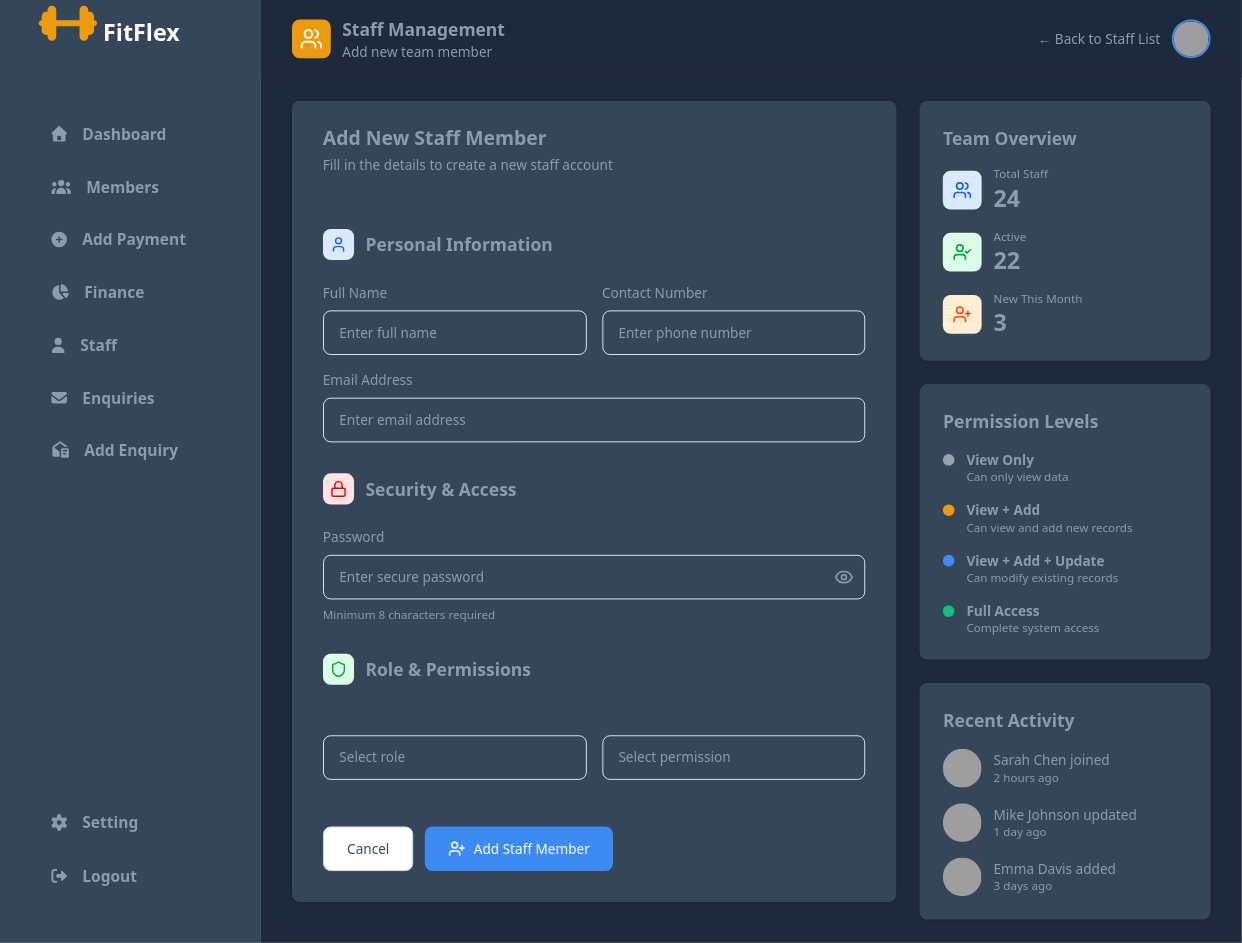
Repository: MuhammadTalhaTaj/gym_management_app_backend
Page: /addstaff (app in frontend/)
The author's editor kept a copy of each file at every save. The page is drawn from the files as they stood at one save, then again after a run of saves.
The browser window is 1280 px wide. The pictures show the whole page, at 97% of full size.
Pictures or frames that could not be fetched are drawn as grey boxes. The project was rebuilt for these pictures with package versions that can differ from the ones it lists, and the page was loaded fresh each time. Also part of the build but not shown: frontend/vite.config.ts, frontend/src/assets/styles/AdminHeader.css, frontend/src/Components/AdminHeader.tsx, frontend/src/assets/styles/AdminDashboard.css, frontend/src/hooks/useDashboardData.ts, frontend/src/assets/styles/AdminDashboardStats.css, frontend/src/Components/AdminDashboardStats.tsx, frontend/src/Components/IncomeExpenseChart.tsx and 31 more.

Above is the page before, as saved 2025-11-21 10:48:52.

### frontend/index.html
<!doctype html>
<html lang="en">

<head>
  <meta charset="UTF-8" />
  <link rel="icon" type="image/svg+xml" href="/vite.svg" />
  <meta name="viewport" content="width=device-width, initial-scale=1.0" />
  <title>GymManagement</title>
  <link rel="preconnect" href="https://fonts.googleapis.com" />
  <link rel="preconnect" href="https://fonts.gstatic.com" crossorigin />
  <link rel="stylesheet" href="https://fonts.googleapis.com/css2?family=Roboto:wght@300;400;500;700&display=swap" />

</head>

<body>
  <div id="root"></div>
  <script type="module" src="/src/main.tsx"></script>
</body>

</html>

### frontend/src/index.css
@import "tailwindcss";
:root{
  padding: 0;
  margin: 0;
  box-sizing: border-box;
  --primary-100:#364659;
  --primary-200:#1E293B;
  --primary-300:#8C9BB0;
  --secondary-100: #EC9A0E;
  --secondary-200:#595446;
  --tertiary-100: #F24949;
  --tertiary-100-30: #584252;
  --tertiary-200: #F47117;
  --tertiary-200-30: #5A4B48;
  --tertiary-300: #11BF7F;
  --tertiary-300-30: #2B595E;
  --tertiary-400: #3D8BF2;
  --tertiary-400-30: #344E75;
  --tertiary-500: #94A3B8;
  --tertiary-600: #1E293B;
}
body{
  padding: 0;
  margin: 0;
}
.adminMain{
  display: flex;
  margin: 0;
  justify-content: space-between;
  padding: 0;
  /* border: 2px solid blue; */
}
@media all and (max-width:700px) {
  .adminMain{
    flex-direction: column;
  }
}

### frontend/src/Components/ProtectedRoute.tsx
import React, { useEffect, useState } from "react";
// import { Navigate } from "react-router-dom";
import { apiRequest } from "../config/api";

type Props = {
  children: React.ReactNode;
};

const getStoredToken = (): string | null => {
  return localStorage.getItem("accessToken") || sessionStorage.getItem("accessToken");
};

export default function ProtectedRoute({ children }: Props) {
  const [status, setStatus] = useState<"pending" | "ok" | "unauth">("pending");

  useEffect(() => {
    let mounted = true;

    const token = getStoredToken();
    if (!token) {
      // no token -> immediately unauth
      if (mounted) setStatus("unauth");
      return;
    }

    const validate = async () => {
      try {
        // call backend authenticate endpoint
        const res = await apiRequest<{ success?: boolean; message?: string; userId?: string }>({
          method: "GET",
          endpoint: "/auth/authenticate"
        });

        // backend returns success:true on valid token
        if (mounted && res && (res as any).success === true) {
          setStatus("ok");
        } else {
          // treat missing success flag as unauth
          if (mounted) setStatus("unauth");
        }
      } catch (err) {
        // any error -> unauth
        if (mounted) setStatus("unauth");
      }
    };

    validate();

    return () => { mounted = false; };
  }, []);

  if (status === "pending") {
    // while checking, render nothing (keep UI/layout unchanged)
    return null;
  }

  if (status === "unauth") {
    // clear tokens to ensure clean state, then redirect
    try {
      localStorage.removeItem("accessToken");
      sessionStorage.removeItem("accessToken");
    } catch (e) {
      // ignore
    }
    // return <Navigate to="/login" replace />;
  }

  // auth ok
  return <>{children}</>;
}

### frontend/src/context/AuthContext.tsx
// src/context/AuthContext.tsx (example)
import React, { createContext, useEffect } from "react";
import { onAuthFailure,
  // setAccessToken as storeAccessToken,
   clearTokens } from "../config/auth";
import { useNavigate } from "react-router-dom";

export const AuthContext = createContext<any>(null);

export const AuthProvider: React.FC<{children:any}> = ({ children }) => {
  const navigate = useNavigate();

  useEffect(() => {
    onAuthFailure(() => {
      // clear local tokens and redirect to login
      clearTokens();
      navigate("/login");
    });
  }, [navigate]);

  return <AuthContext.Provider value={{}}>{children}</AuthContext.Provider>;
};

### frontend/src/pages/Admin/AddStaff.tsx
import React, { useState } from 'react';
import { Eye, EyeOff, Users, UserCheck, UserPlus, Shield, User, Lock } from 'lucide-react';

// Data file - export this to a separate file in your project (e.g., staffData.js)
export const staffData = {
  teamOverview: {
    totalStaff: 24,
    activeStaff: 22,
    newThisMonth: 3
  },
  permissionLevels: [
    {
      id: 'view-only',
      name: 'View Only',
      description: 'Can only view data',
      color: 'bg-gray-400'
    },
    {
      id: 'view-add',
      name: 'View + Add',
      description: 'Can view and add new records',
      color: 'bg-[var(--secondary-100)]'
    },
    {
      id: 'view-add-update',
      name: 'View + Add + Update',
      description: 'Can modify existing records',
      color: 'bg-[var(--tertiary-400)]'
    },
    {
      id: 'full-access',
      name: 'Full Access',
      description: 'Complete system access',
      color: 'bg-[var(--tertiary-300)]'
    }
  ],
  recentActivity: [
    {
      id: 1,
      name: 'Sarah Chen',
      action: 'joined',
      time: '2 hours ago',
      avatar: 'https://i.pravatar.cc/150?img=1'
    },
    {
      id: 2,
      name: 'Mike Johnson',
      action: 'updated',
      time: '1 day ago',
      avatar: 'https://i.pravatar.cc/150?img=2'
    },
    {
      id: 3,
      name: 'Emma Davis',
      action: 'added',
      time: '3 days ago',
      avatar: 'https://i.pravatar.cc/150?img=3'
    }
  ],
  jobRoles: [
    'Select role',
    'Administrator',
    'Manager',
    'Developer',
    'Designer',
    'Analyst',
    'Support Staff'
  ],
  permissions: [
    'Select permission',
    'View Only',
    'View + Add',
    'View + Add + Update',
    'Full Access'
  ]
};

// Reusable Components
const Card = ({ children, className = '' }) => (
  <div className={`bg-[var(--primary-100)] rounded-lg shadow-sm ${className}`}>
    {children}
  </div>
);

const Input = ({ label, placeholder, type = 'text', value, onChange, showPasswordToggle, onTogglePassword, showPassword, helperText }) => (
  <div className="flex flex-col gap-2 ">
    {label && (
      <label className="text-sm font-medium text-[var(--primary-300)]">
        {label}
      </label>
    )}
    <div className="relative">
      <input
        type={type}
        placeholder={placeholder}
        value={value}
        onChange={onChange}
        className="w-full px-4 py-3 bg-[var(--primary-100)] border border-gray-200 rounded-lg text-sm text-[var(--primary-300)] placeholder-[var(--primary-300)] focus:outline-none focus:ring-2 focus:ring-[var(--tertiary-400)] focus:border-transparent transition-all"
      />
      {showPasswordToggle && (
        <button
          type="button"
          onClick={onTogglePassword}
          className="absolute right-3 top-1/2 -translate-y-1/2 text-[var(--primary-300)] hover:text-[var(--primary-100)] transition-colors"
        >
          {showPassword ? <EyeOff size={20} /> : <Eye size={20} />}
        </button>
      )}
    </div>
    {helperText && (
      <span className="text-xs text-[var(--primary-300)]">{helperText}</span>
    )}
  </div>
);

const Select = ({ label, options, value, onChange }) => (
  <div className="flex flex-col gap-2">
    {label && (
      <label className="text-sm font-medium text-[var(--primary-100)]">
        {label}
      </label>
    )}
    <select
      value={value}
      onChange={onChange}
      className="w-full px-4 py-3 bg-[var(--primary-100)] border border-gray-200 rounded-lg text-sm text-[var(--primary-300)] focus:outline-none focus:ring-2 focus:ring-[var(--tertiary-400)] focus:border-transparent transition-all appearance-none cursor-pointer"
      style={{
        backgroundImage: `url("data:[embedded picture, 161 characters]")`,
        backgroundRepeat: 'no-repeat',
        backgroundPosition: 'right 1rem center'
      }}
    >
      {options.map((option, index) => (
        <option key={index} value={option}>
          {option}
        </option>
      ))}
    </select>
  </div>
);

const Button = ({ children, variant = 'primary', onClick, icon: Icon }) => {
  const variants = {
    primary: 'bg-[var(--tertiary-400)] hover:bg-[var(--tertiary-400)]/90 text-white',
    secondary: 'bg-white hover:bg-gray-50 text-[var(--primary-100)] border border-gray-300'
  };

  return (
    <button
      onClick={onClick}
      className={`px-6 py-3 rounded-lg font-medium text-sm transition-all flex items-center justify-center gap-2 ${variants[variant]}`}
    >
      {Icon && <Icon size={18} />}
      {children}
    </button>
  );
};

const StatsCard = ({ icon: Icon, label, value, iconBg, iconColor }) => (
  <div className="flex items-center gap-3">
    <div className={`w-10 h-10 rounded-lg ${iconBg} flex items-center justify-center`}>
      <Icon size={20} className={iconColor} />
    </div>
    <div>
      <p className="text-xs text-[var(--primary-300)]">{label}</p>
      <p className="text-2xl font-bold text-[var(--primary-300)]">{value}</p>
    </div>
  </div>
);

const ActivityItem = ({ activity }) => (
  <div className="flex items-center gap-3">
    <img
      src={activity.avatar}
      alt={activity.name}
      className="w-10 h-10 rounded-full object-cover"
    />
    <div className="flex-1">
      <p className="text-sm font-medium text-[var(--primary-300)]">
        {activity.name} {activity.action}
      </p>
      <p className="text-xs text-[var(--primary-300)]">{activity.time}</p>
    </div>
  </div>
);

const PermissionItem = ({ permission }) => (
  <div className="flex items-start gap-3">
    <div className={`w-3 h-3 rounded-full ${permission.color} mt-1`}></div>
    <div className="flex-1">
      <p className="text-sm font-semibold text-[var(--primary-300)]">{permission.name}</p>
      <p className="text-xs text-[var(--primary-300)]">{permission.description}</p>
    </div>
  </div>
);

const SectionHeader = ({ icon: Icon, title, iconBg, iconColor }) => (
  <div className="flex items-center gap-3 mb-6">
    <div className={`w-8 h-8 rounded-lg ${iconBg} flex items-center justify-center`}>
      <Icon size={18} className={iconColor} />
    </div>
    <h3 className="text-lg font-semibold text-[var(--primary-300)]">{title}</h3>
  </div>
);

// Main Component
const AddStaff = () => {
  const [formData, setFormData] = useState({
    fullName: '',
    contactNumber: '',
    email: '',
    password: '',
    jobRole: staffData.jobRoles[0],
    permission: staffData.permissions[0]
  });

  const [showPassword, setShowPassword] = useState(false);

  const handleInputChange = (field) => (e) => {
    setFormData(prev => ({ ...prev, [field]: e.target.value }));
  };

  const handleSubmit = () => {
    console.log('Form submitted:', formData);
    // Add your form submission logic here
  };

  const handleCancel = () => {
    setFormData({
      fullName: '',
      contactNumber: '',
      email: '',
      password: '',
      jobRole: staffData.jobRoles[0],
      permission: staffData.permissions[0]
    });
  };

  return (
    <div className="min-h-screen w-full bg-[var(--primary-200)]">
      {/* Header */}
      <header className="bg-[var(--primary-200)] text-white px-4 sm:px-6 lg:px-8 py-4">
        <div className="max-w-7xl mx-auto flex items-center justify-between">
          <div className="flex items-center gap-3">
            <div className="w-10 h-10 bg-[var(--secondary-100)] rounded-lg flex items-center justify-center">
              <Users size={24} />
            </div>
            <div>
              <h1 className="text-lg font-semibold text-[var(--primary-300)]">Staff Management</h1>
              <p className="text-sm text-[var(--primary-300)]">Add new team member</p>
            </div>
          </div>
          <div className="flex items-center gap-3">
            <button className="flex items-center text-[var(--primary-300)] gap-2 text-sm hover:text-gray-300 transition-colors">
              <span className="hidden sm:inline">← Back to Staff List</span>
              <span className="sm:hidden">← Back</span>
            </button>
            <img
              src="https://i.pravatar.cc/150?img=5"
              alt="User"
              className="w-10 h-10 rounded-full object-cover border-2 border-[var(--tertiary-400)]"
            />
          </div>
        </div>
      </header>

      {/* Main Content */}
      <main className="max-w-7xl mx-auto px-4 sm:px-6 lg:px-8 py-6">
        <div className="grid grid-cols-1 lg:grid-cols-3 gap-6">
          {/* Left Column - Form */}
          <div className="lg:col-span-2">
            <Card className="p-6 sm:p-8">
              {/* Form Header */}
              <div className="bg-[var(--primary-100)] text-[var(--primary-300)] -mx-6 sm:-mx-8 -mt-6 sm:-mt-8 px-6 sm:px-8 py-6 rounded-t-lg mb-8">
                <h2 className="text-xl font-bold mb-1">Add New Staff Member</h2>
                <p className="text-sm text-[var(--primary-300)]">Fill in the details to create a new staff account</p>
              </div>

              <div className="space-y-8">
                {/* Personal Information */}
                <div>
                  <SectionHeader
                    icon={User}
                    title="Personal Information"
                    iconBg="bg-blue-100"
                    iconColor="text-blue-600"
                  />
                  <div className="grid grid-cols-1 md:grid-cols-2 gap-4">
                    <Input
                      label="Full Name"
                      placeholder="Enter full name"
                      value={formData.fullName}
                      onChange={handleInputChange('fullName')}
                    />
                    <Input
                      label="Contact Number"
                      placeholder="Enter phone number"
                      type="tel"
                      value={formData.contactNumber}
                      onChange={handleInputChange('contactNumber')}
                    />
                  </div>
                  <div className="mt-4">
                    <Input
                      label="Email Address"
                      placeholder="Enter email address"
                      type="email"
                      value={formData.email}
                      onChange={handleInputChange('email')}
                    />
                  </div>
                </div>

                {/* Security & Access */}
                <div>
                  <SectionHeader
                    icon={Lock}
                    title="Security & Access"
                    iconBg="bg-red-100"
                    iconColor="text-red-600"
                  />
                  <Input
                    label="Password"
                    placeholder="Enter secure password"
                    type={showPassword ? 'text' : 'password'}
                    value={formData.password}
                    onChange={handleInputChange('password')}
                    showPasswordToggle
                    onTogglePassword={() => setShowPassword(!showPassword)}
                    showPassword={showPassword}
                    helperText="Minimum 8 characters required"
                  />
                </div>

                {/* Role & Permissions */}
                <div>
                  <SectionHeader
                    icon={Shield}
                    title="Role & Permissions"
                    iconBg="bg-green-100"
                    iconColor="text-green-600"
                  />
                  <div className="grid grid-cols-1 md:grid-cols-2 gap-4">
                    <Select
                      label="Job Role"
                      options={staffData.jobRoles}
                      value={formData.jobRole}
                      onChange={handleInputChange('jobRole')}
                    />
                    <Select
                      label="Permission Level"
                      options={staffData.permissions}
                      value={formData.permission}
                      onChange={handleInputChange('permission')}
                    />
                  </div>
                </div>

                {/* Action Buttons */}
                <div className="flex flex-col sm:flex-row gap-3 pt-4">
                  <Button variant="secondary" onClick={handleCancel}>
                    Cancel
                  </Button>
                  <Button variant="primary" onClick={handleSubmit} icon={UserPlus}>
                    Add Staff Member
                  </Button>
                </div>
              </div>
            </Card>
          </div>

          {/* Right Column - Sidebar */}
          <div className="space-y-6">
            {/* Team Overview */}
            <Card className="p-6">
              <h3 className="text-lg font-semibold text-[var(--primary-300)] mb-4">Team Overview</h3>
              <div className="space-y-4">
                <StatsCard
                  icon={Users}
                  label="Total Staff"
                  value={staffData.teamOverview.totalStaff}
                  iconBg="bg-blue-100"
                  iconColor="text-blue-600"
                />
                <StatsCard
                  icon={UserCheck}
                  label="Active"
                  value={staffData.teamOverview.activeStaff}
                  iconBg="bg-green-100"
                  iconColor="text-green-600"
                />
                <StatsCard
                  icon={UserPlus}
                  label="New This Month"
                  value={staffData.teamOverview.newThisMonth}
                  iconBg="bg-orange-100"
                  iconColor="text-orange-600"
                />
              </div>
            </Card>

            {/* Permission Levels */}
            <Card className="p-6">
              <h3 className="text-lg font-semibold text-[var(--primary-300)] mb-4">Permission Levels</h3>
              <div className="space-y-4">
                {staffData.permissionLevels.map(permission => (
                  <PermissionItem key={permission.id} permission={permission} />
                ))}
              </div>
            </Card>

            {/* Recent Activity */}
            <Card className="p-6">
              <h3 className="text-lg font-semibold text-[var(--primary-300)] mb-4">Recent Activity</h3>
              <div className="space-y-4">
                {staffData.recentActivity.map(activity => (
                  <ActivityItem key={activity.id} activity={activity} />
                ))}
              </div>
            </Card>
          </div>
        </div>
      </main>
    </div>
  );
};

export default AddStaff;

### frontend/src/config/auth.ts
// src/config/auth.ts
const ACCESS_TOKEN_KEY = "accessToken";

/**
 * Read access token (prefers localStorage, fallbacks to sessionStorage)
 */
export function readAccessToken(): string | null {
  return localStorage.getItem(ACCESS_TOKEN_KEY) || sessionStorage.getItem(ACCESS_TOKEN_KEY);
}

/**
 * Store access token.
 * If `persist` true -> save to localStorage, otherwise sessionStorage.
 */
export function setAccessToken(token: string | null, persist = true) {
  if (!token) {
    localStorage.removeItem(ACCESS_TOKEN_KEY);
    sessionStorage.removeItem(ACCESS_TOKEN_KEY);
    return;
  }
  if (persist) {
    localStorage.setItem(ACCESS_TOKEN_KEY, token);
    sessionStorage.removeItem(ACCESS_TOKEN_KEY);
  } else {
    sessionStorage.setItem(ACCESS_TOKEN_KEY, token);
    localStorage.removeItem(ACCESS_TOKEN_KEY);
  }
}

/**
 * Clear tokens
 */
export function clearTokens() {
  localStorage.removeItem(ACCESS_TOKEN_KEY);
  sessionStorage.removeItem(ACCESS_TOKEN_KEY);
}

/**
 * Call refresh endpoint to obtain a fresh access token.
 * Note: This request includes credentials because your backend may store refresh token in an httpOnly cookie.
 */
let AUTH_BASE_URL = (import.meta.env.VITE_API_URL || "http://localhost:4000").replace(/\/$/, "");

export async function refreshAccessToken(): Promise<string> {
  const url = `${AUTH_BASE_URL}/auth/refreshToken`;

  const res = await fetch(url, {
    method: "POST",
    // include cookies to allow the server to find httpOnly refresh cookie
    credentials: "include",
    headers: {
      "Content-Type": "application/json"
    },
    // no body needed because your server reads cookie/header
  });

  // If server returns non-JSON or non-ok, try to parse but handle gracefully
  let data: any = {};
  try {
    data = await res.json();
  } catch (e) {
    // ignore parse error
  }

  if (!res.ok) {
    // throw useful error with body message if present
    const message = data?.message || `Failed to refresh access token (status ${res.status})`;
    throw new Error(message);
  }

  if (!data?.accessToken) {
    throw new Error("Refresh succeeded but no accessToken returned");
  }

  // store returned token (persist behavior up to you; default persist)
  setAccessToken(data.accessToken, true);
  return data.accessToken;
}

/**
 * App-level callback when refresh fails (e.g., redirect to /login)
 */
let authFailureHandler: (() => void) | null = null;
export function onAuthFailure(handler: () => void) {
  authFailureHandler = handler;
}
export function callAuthFailureHandler() {
  if (typeof authFailureHandler === "function") authFailureHandler();
}

Loaded but not shown: frontend/src/main.tsx (common file); frontend/src/Components/AdminSidebar.tsx (181 lines, source omitted); frontend/src/config/api.ts (123 lines, source omitted); frontend/src/App.tsx (71 lines, source omitted); frontend/src/assets/styles/AdminSidebar.css (138 lines, source omitted)

After the next 2 saves:
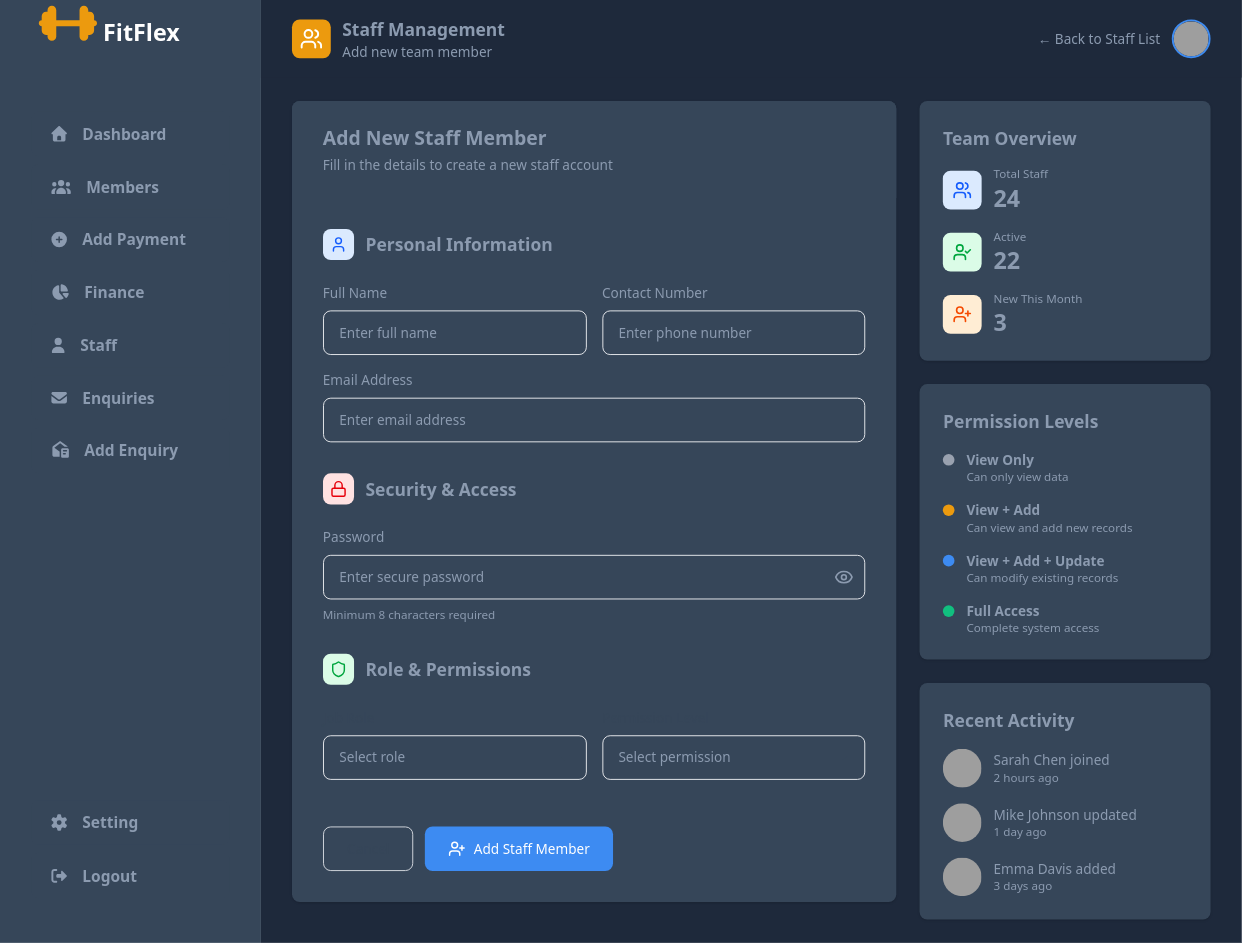
The 2 saves are shown as one change because they came seconds apart.
The last was saved 39 s later.
--- a/frontend/src/pages/Admin/AddStaff.tsx
+++ b/frontend/src/pages/Admin/AddStaff.tsx
@@ -142,7 +142,7 @@ const Select = ({ label, options, value, onChange }) => (
 const Button = ({ children, variant = 'primary', onClick, icon: Icon }) => {
   const variants = {
     primary: 'bg-[var(--tertiary-400)] hover:bg-[var(--tertiary-400)]/90 text-white',
-    secondary: 'bg-white hover:bg-gray-50 text-[var(--primary-100)] border border-gray-300'
+    secondary: 'bg-[var(--primary-300)]hover:bg-gray-50 text-[var(--primary-100)] border border-gray-300'
   };
 
   return (
